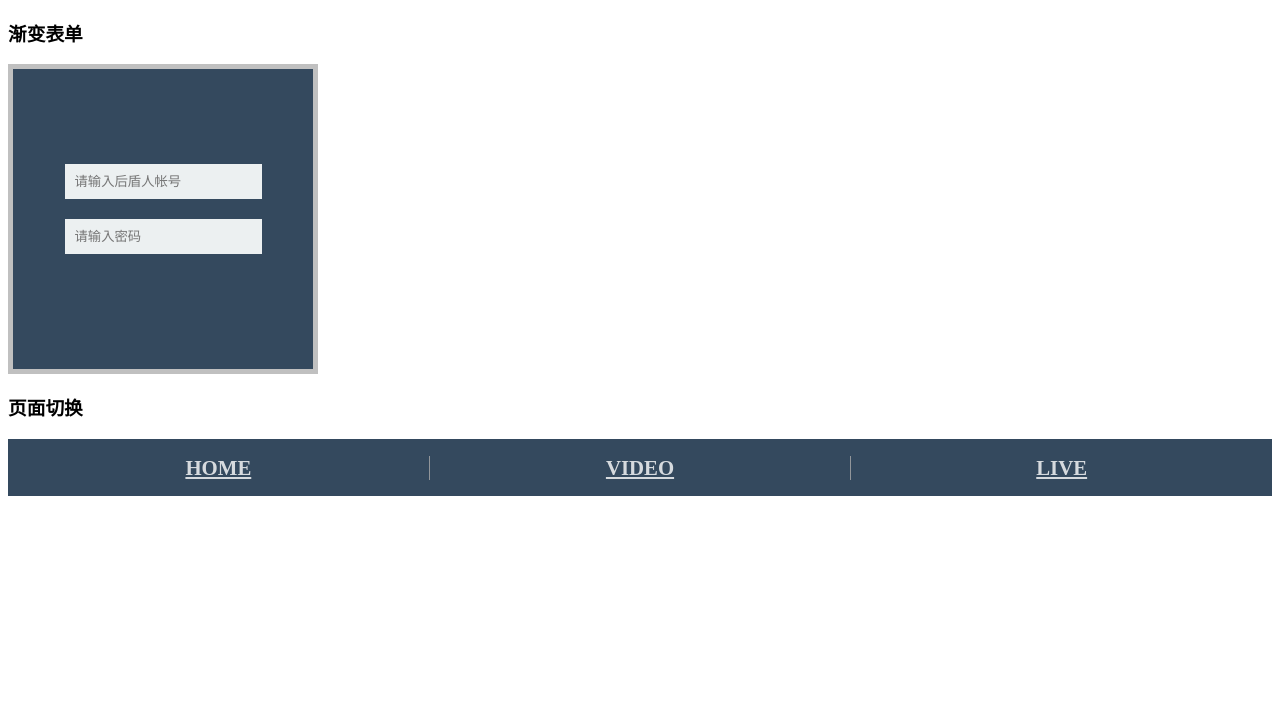
Repository: Aissd/animateDemo
Page: translate02.html
The author's editor kept a copy of each file at every save. The page is drawn from the files as they stood at one save, then again after the next save.
The browser window is 1280 px wide. The pictures show the whole page.
The style sheet was rebuilt from its Sass, Less or Tailwind sources for each picture, by a compiler version that may differ from the author's.

Above is the page before, as saved 2020-05-13 09:07:37.

### translate02.html
<!DOCTYPE html>
<html lang="en">
<head>
    <meta charset="UTF-8">
    <meta name="viewport" content="width=device-width, initial-scale=1.0">
    <title>Document</title>
    <link rel="stylesheet" href="./css/translate02.css" />
    <link rel="stylesheet" href="https://maxcdn.bootstrapcdn.com/font-awesome/4.7.0/css/font-awesome.min.css">
</head>
<body>
    <div class="container">
        <section class="demo-section">
            <h3>渐变表单</h3>
            <main class="demo12">
                <div class="field">
                    <input type="text" placeholder="请输入后盾人帐号">
                </div>
                <div class="field">
                    <input type="text" placeholder="请输入密码">
                </div>
            </main>
        </section>

        <section class="demo-section">
            <h3>页面切换</h3>
            <div class="demo13">
                <main>
                    <div id="home">
                        <i class="fa fa-home" aria-hidden="true"></i>
                        houdunren.com
                    </div>
                    <div id="video">
                        <i class="fa fa-vimeo" aria-hidden="true"></i>
                    </div>
                    <div id="live">
                        <i class="fa fa-viadeo" aria-hidden="true"></i>
                    </div>
                </main>
                <nav>
                    <a href="#home">home</a>
                    <a href="#video">video</a>
                    <a href="#live">live</a>
                </nav>
            </div>
        </section>
    </div>
</body>
</html>

### scss/translate02.scss
.demo12 {
    width: 300px;
    height: 300px;
    border: solid 5px silver;
    display: flex;
    flex-direction: column;
    justify-content: center;
    align-items: center;
    background: #34495e;
    .field {
        position: relative;
        overflow: hidden;
        margin-bottom: 20px;
        &::before {
            content: '';
            position: absolute;
            left: 0;
            height: 2px;
            bottom: 0;
            width: 100%;
            background: linear-gradient(to right, white, #1abc9c, #f1c40f, #e74c3c, white);
            transform: translateX(-100%);
            transition: 2s;
        }
        &:hover::before {
            transform: translateX(100%);
        }
        & input {
            border: none;
            outline: none;
            background: #ecf0f1;
            padding: 10px;
        }
    }
}


.demo13 {
    display: flex;
    flex-direction: column;
    main {
        position: relative;
        background: #f3f3f3;
        flex: 1;
        overflow: hidden;
        & > div {
            position: absolute;
            left: 0;
            top: 0;
            width: 100%;
            height: 100%;
            transition: all 1s;
            z-index: 1;
            background: #f3f3f3;
            opacity: 0;
            display: flex;
            flex-direction: column;
            justify-content: center;
            align-items: center;
            transform: translate(0, -100%);
            color: white;
            font-size: 2em;
        }
        & > div:target {
            opacity: 1;
            transform: translate(0%, 0%);
        }
        & > div:nth-of-type(1):target {
            background: #3498db;
        }
        & > div:nth-of-type(2):target {
            background: #9b59b6;
        }
        & > div:nth-of-type(3):target {
            background: #16a085;
        }
        div i[class^="fa"] {
            font-size: 100px;
            color: white;
        }
    }
    nav {
        display: flex;
        justify-content: space-around;
        align-items: center;
        height: 8vh;
        text-align: center;
        background: #34495e;
        a {
            flex: 1;
            font-size: 1.3em;
            text-transform: uppercase;
            font-weight: bold;
            opacity: .8;
            color: white;
            &:nth-child(2) {
                border-right: solid 1px #aaa;
                border-left: solid 1px #aaa;
            }
        }
    }
}

After the next save:
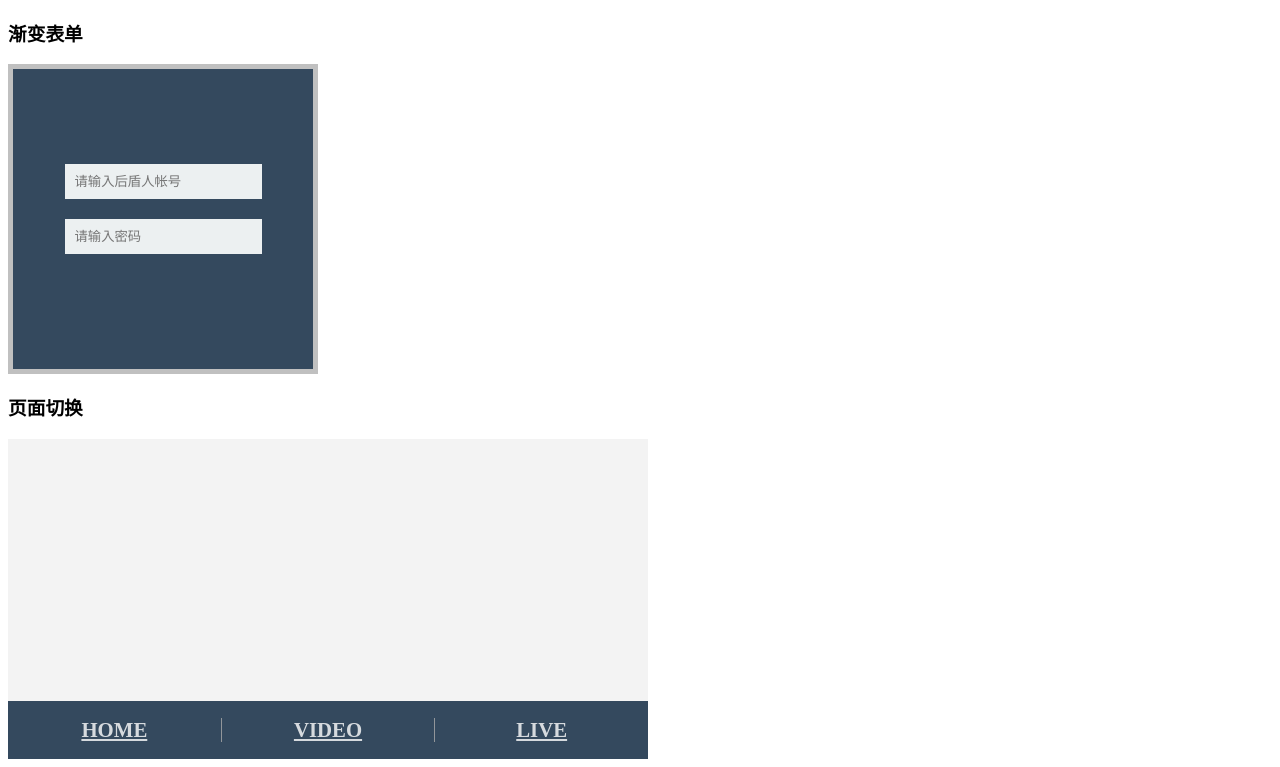
Saved 73 s later.
--- a/scss/translate02.scss
+++ b/scss/translate02.scss
@@ -38,6 +38,8 @@
 .demo13 {
     display: flex;
     flex-direction: column;
+    width: 640px;
+    height: 320px;
     main {
         position: relative;
         background: #f3f3f3;
